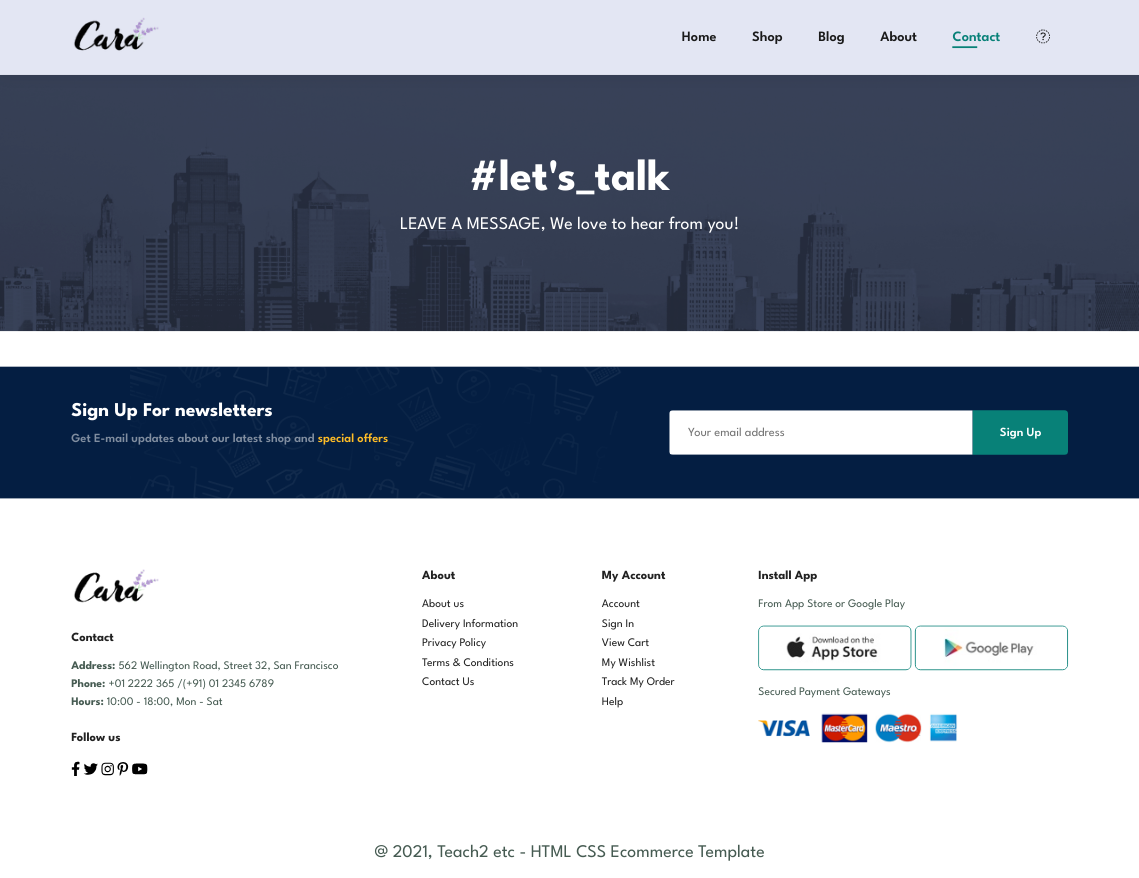
Repository: quy261001/cara
Page: contact.html
These files come from the project's save history. The page is drawn as it stood at one moment and after the next save; the edit follows.
The browser window is 1280 px wide. The pictures show the whole page, at 89% of full size.

Above is the page before, as saved 2022-05-04 16:50:37.

### contact.html
<!DOCTYPE html>
<html lang="en">
<head>
  <meta charset="UTF-8">
  <meta http-equiv="X-UA-Compatible" content="IE=edge">
  <meta name="viewport" content="width=device-width, initial-scale=1.0">
  <link rel="stylesheet" href="style.css">
  <title>Cara Contact</title>
</head>
<body>
  <section class="header">
    <a href="#"><img src="img/logo.png" class="logo" alt=""></a>

    <div>
      <ul class="navbar">
        <li><a href="index.html">Home</a></li>
        <li><a href="shop.html">Shop</a></li>
        <li><a href="blog.html">Blog</a></li>
        <li><a href="about.html">About</a></li>
        <li><a class="active" href="contact.html">Contact</a></li>
        <li class="lg-bag"><a href="cart.html"><i class="far fa-shopping-bag"></i></a></li>
        <a href="#" class="close"><i class="far fa-times"></i></a>
      </ul>
    </div>
    <div class="mobile">
      <a href="cart.html"><i class="menu far fa-shopping-bag"></i></a>
      <div class="bar">
        <i class=" fas fa-outdent"></i>
      </div>
    </div>
  </section>

  <section class="page-header about-header">
    <h2>#let's_talk</h2>
    <p>LEAVE A MESSAGE, We love to hear from you!</p>
  </section>

  <section class="contact-details"></section>

  <section class="newsletter section-p1 section-m1">
    <div class="newstext">
        <h4>Sign Up For newsletters</h4>
        <p>Get E-mail updates about our latest shop and <span>special offers</span></p>
    </div>
    <div class="form">
      <input type="text" placeholder="Your email address">
      <button class="normal">Sign Up </button>
    </div>
</section>

  <footer class="section-p1">
    <div class="col">
      <img class="logo" src="img/logo.png" alt="">
      <h4>Contact</h4>
      <p><strong>Address: </strong>562 Wellington Road, Street 32, San Francisco</p>
      <p><strong>Phone: </strong>+01 2222 365 /(+91) 01 2345 6789</p>
      <p><strong>Hours: </strong>10:00 - 18:00, Mon - Sat</p>
      <div class="follow">
        <h4>Follow us</h4>
        <div class="icon">
          <i class="fab fa-facebook-f"></i>
          <i class="fab fa-twitter"></i>
          <i class="fab fa-instagram"></i>
          <i class="fab fa-pinterest-p"></i>
          <i class="fab fa-youtube"></i>
        </div>
      </div>
    </div>

    <div class="col">
      <h4>About</h4>
      <a href="#">About us</a>
      <a href="#">Delivery Information</a>
      <a href="#">Privacy Policy</a>
      <a href="#">Terms & Conditions</a>
      <a href="#">Contact Us</a>
    </div>

    <div class="col">
      <h4>My Account</h4>
      <a href="#">Account</a>
      <a href="#">Sign In</a>
      <a href="#">View Cart</a>
      <a href="#">My Wishlist</a>
      <a href="#">Track My Order</a>
      <a href="#">Help</a>
    </div>

    <div class="col install">
      <h4>Install App</h4>
      <p>From App Store or Google Play</p>
      <div class="row">
        <img src="img/pay/app.jpg" alt="">
        <img src="img/pay/play.jpg" alt="">
      </div>
      <p>Secured Payment Gateways</p>
      <img src="img/pay/pay.png" alt="">
    </div>
  </footer>
  <section>
    <div class="copyright">
      <p>@ 2021, Teach2 etc - HTML CSS Ecommerce Template</p>
    </div>
  </section>
  <script src="script.js"></script>
  <script defer src="https://pro.fontawesome.com/releases/v5.15.4/js/all.js"></script>
</body>
</html>

### style.css
@import url('https://fonts.googleapis.com/css2?family=League+Spartan:wght@100;200;300;400;500;600;700;800;900&display=swap');
* {
  margin: 0;
  padding: 0;
  box-sizing: border-box;
  font-family: 'League Spartan', sans-serif;
}
h1 {
  font-size: 54px;
  line-height: 64px;
  color: #222;
}
h2 {
  font-size: 50px;
  line-height: 53px;
  color: #222;
}
h4 {
  font-size: 24px;
  color: #222;
}
h6 {
  font-weight: 700;
  font-size: 16px;
}
p {
  font-size: 20px;
  color: #465b52;
  margin: 15px 0 20px 0;
}
.section-p1 {
  padding: 40px 80px;
}
.section-m1 {
  margin: 40px 0;
}
button.normal {
  font-size: 14px;
  font-weight: 600;
  padding: 15px 30px;
  color: #000;
  background-color: #fff;
  border-radius: 4px;
  cursor: pointer;
  border: none;
  outline: none;
  transition: 0.2s;
}
button.while {
  font-size: 13px;
  font-weight: 600;
  padding: 11px 22px;
  color: #000;
  background-color: transparent;
  cursor: pointer;
  border: 1px solid #fff;
  outline: none;
  transition: 0.2s;
}
body {
  width: 100%;
}

/* Header-start */
.header {
  display: flex;
  justify-content: space-between;
  align-items: center;
  padding: 20px 80px;
  background-color: #E3E6F3;
  box-shadow: 0 5px 15px rgba(0, 0, 0, 0.06);
  z-index: 999;
  position: sticky;
  top: 0;
  left: 0;
}

.navbar {
  display: flex;
  align-items: center;
  justify-content: center;
}

.navbar li {
  list-style: none;
  padding: 0 20px;
  position: relative;
}

.navbar li a {
  text-decoration: none;
  font-size:16px;
  font-weight: 600;
  color: #1a1a1a;
  transition: 0.3s ease;
}

.navbar li a:hover,
.navbar li a.active {
  color: #088178;
}

.navbar li a.active::after,
.navbar li a:hover::after {
  content: "";
  width: 30%;
  height: 2px;
  background-color: #088178;
  position: absolute;
  bottom: -4px;
  left: 20px;
}
.mobile {
  display: none;
  align-items: center;
}
.close {
  display: none;
}
/* Home page */
.hero {
  background-image: url("img/hero4.png");
  height: 90vh;
  width: 100%;
  background-position: top 25% right 0;
  background-size: cover;
  display: flex;
  justify-content: center;
  align-items: flex-start;
  flex-direction: column;
  padding: 0 80px;
}

.hero h4 {
  padding-bottom: 15px;
}

.hero h1 {
  color: #088178;
}

.hero button {
  background-image: url("img/button.png");
  background-color: transparent;
  color: #088178;
  border: 0;
  padding: 14px 80px 14px 80px;
  background-repeat: no-repeat;
  cursor: pointer;
  font-weight: 700;
}

.feature {
  display: flex;
  align-items: center;
  justify-content: space-between;
  flex-wrap: wrap;
}

.feature .fe-box {
   width: 180px;
   text-align: center;
   padding: 25px 15px;
   box-shadow: 20px 20px 34px rgba(0, 0, 0, 0.03);
   border: 1px solid #cce7d0;
   border-radius: 4px;
   margin: 15px 0;
}

.feature .fe-box:hover {
  box-shadow: 10px 10px 54px rgba(70, 62, 221, 0.1);
}
.feature .fe-box img {
  width: 100%;
  margin-bottom: 10px;
}
.feature .fe-box h6 {
  display: inline-block;
  padding: 9px 8px 6px 8px;
  line-height: 1;
  border-radius: 4px;
  color: #088178;
  background-color: #fddde4;
}
.feature .fe-box:nth-child(2) h6 {
  background-color: #cdebbc;
}
.feature .fe-box:nth-child(3) h6 {
  background-color: #d1e8f2;
}
.feature .fe-box:nth-child(4) h6 {
  background-color: #cdd4f8;
}
.feature .fe-box:nth-child(5) h6 {
  background-color: #f6dbf6;
}
.feature .fe-box:nth-child(6) h6 {
  background-color: #fff2e5;
}

.product1 {
  text-align: center;
}
.product1 .pro-container {
  display: flex;
  justify-content: space-between;
  flex-wrap: wrap;
  padding-top: 20px;
}
.product1 .pro {
  position: relative;
  width: 23%;
  min-width: 250px;
  padding: 10px 12px;
  border: 1px solid #cce70d;
  border-radius: 25px;
  cursor: pointer;
  box-shadow: 20px 20px 30px rgba(0, 0, 0, 0.02);
  margin: 15px 0;
  transition: 0.2s ease;
}
.product1 .pro:hover {
  box-shadow: 20px 20px 30px rgba(0, 0, 0, 0.06);
}
.product1 .pro img {
  width: 100%;
  border-radius: 20px;
}
.product1 .pro .des {
  text-align: start;
  padding: 10px 0;
}
.product1 .pro .des span {
  color: #606063;
  font-size: 12px;
}
.product1 .pro .des h5 {
  padding-top: 7px;
  color: #1a1a1a;
  font-size: 14px;
}
.star {
  font-size: 12px;
  color: rgb(243, 181, 25);
}
.product1 .pro .des h4 {
  padding-top: 7px;
  font-size: 15px;
  font-weight: 700;
  color: #088178;
}
.product1 .pro .cart {
  width: 40px;
  height: 40px;
  line-height: 40px;
  border-radius: 50px;
  background-color: #e8f6ea;
  font-weight: 500;
  color: #088178;
  border: 1px solid #cce7d0;
  padding: 10px;
  position: absolute;
  bottom: 20px;
  right: 10px;
}

.banner {
  display: flex;
  flex-direction: column;
  justify-content: center;
  align-items: center;
  background-image: url("img/banner/b2.jpg");
  width: 100%;
  height: 40vh;
  background-size: cover;
  background-position: center;
}
.banner h4 {
  color: #fff;
  font-size: 16px;
}
.banner h2 {
  color: #fff;
  font-size: 30px;
  padding: 10px 0;
}
.banner h2 span {
  color: #ef3636;
}
.banner button:hover {
  background: #088178;
  color: #fff;
}

.sm-banner {
  display: flex;
  justify-content: space-between;
  flex-wrap: wrap;
}

.sm-banner .banner-box {
  display: flex;
  flex-direction: column;
  justify-content: center;
  align-items: flex-start;
  text-align: center;
  background-image: url("img/banner/b17.jpg");
  min-width: 49%;
  height: 50vh;
  background-size: cover;
  background-position: center;
  padding: 30px;
}
.sm-banner .banner-box2 {
  background-image: url("img/banner/b10.jpg");
}
.sm-banner h4 {
  color: #fff;
  font-size: 30px;
  font-weight: 300;
}
.sm-banner h2 {
  color: #fff;
  font-size: 38px;
  font-weight: 800;
}
.sm-banner span {
  color: #fff;
  font-size: 24px;
  font-weight: 500;
  margin-bottom: 15px;
}
.sm-banner .banner-box:hover button {
  background-color: #088178;
  border: 1px solid #088178;
}

.banner3 {
  display: flex;
  justify-content: space-between;
  flex-wrap: wrap;
}

.banner3 .banner-box {
  display: flex;
  flex-direction: column;
  justify-content: center;
  align-items: flex-start;
  text-align: center;
  background-image: url("img/banner/b7.jpg");
  min-width: 30%;
  height: 30vh;
  background-size: cover;
  background-position: center;
  padding: 20px;
  margin-bottom: 20px;
}

.banner3 .banner-box2 {
  background-image: url("img/banner/b4.jpg");
}

.banner3 .banner-box3 {
  background-image: url("img/banner/b18.jpg");
}

.banner3 h2 {
  color: #fff;
  font-weight: 900;
  font-size: 22px;
}

.banner3 h3 {
  color: #ec544e;
  font-weight: 800;
  font-size: 15px;
}

.newsletter {
  display: flex;
  justify-content: space-between;
  flex-wrap: wrap;
  align-items: center;
  background-image: url("img/banner/b14.png");
  background-repeat: no-repeat;
  background-position: 20% 30%;
  background-color: #041e42;
}
.newsletter h4 {
  font-size: 22px;
  font-weight: 700;
  color: #fff;
}
.newsletter p {
  font-size: 14px;
  font-weight: 600;
  color: #818ea0;
}
.newsletter p span {
  color: #ffbd27;
}

.newsletter .form {
  display: flex;
  width: 40%;
}

.newsletter input {
  height: 3.125rem;
  width: 24.125rem;
  padding: 0 1.25rem;
  font-size: 14px;
  border: 1px solid transparent;
  border-radius: 4px;
  outline: none;
  border-top-right-radius: 0;
  border-bottom-right-radius: 0;
}
.newsletter button {
  background-color: #088178;
  color: #fff;
  white-space: nowrap;
  padding:18px 30px;
  border-top-left-radius: 0;
  border-bottom-left-radius: 0;
}

footer {
  display: flex;
  flex-wrap: wrap;
  justify-content: space-between;
}
footer .col {
  display: flex;
  flex-direction: column;
  align-items: flex-start;
  margin-bottom: 20px;
}
footer .logo {
    margin-bottom: 30px;
}
footer h4 {
  font-size: 14px;
  margin-bottom: 20px;
}
footer p {
  font-size: 13px;
  margin: 0 0 8px 0;
}
footer a  {
  font-size: 13px;
  text-decoration: none;
  color: #222;
  margin-bottom: 10px;
}
footer .follow {
  margin-top: 20px;
}
footer .follow i {
  color: #456b52;
  padding-right: 4px;
  cursor: pointer;
}
footer .install .row img {
  border: 1px solid #088178;
  border-radius: 6px;
}
footer .install img {
  margin: 10px 0 15px 0;
}
footer .folow i:hover,
footer a:hover {
  color: #088178;
}
.copyright {
  width: 100%;
  text-align: center;
}

/* Shop page */
.page-header {
  background-image: url("img/banner/b1.jpg");
  height: 100%;
  height: 40vh;
  background-size: cover;
  display: flex;
  justify-content: center;
  align-items: center;
  flex-direction: column;
  padding: 14px;
}
.page-header h2,
.page-header p {
  color: #fff;

}
.pagination {
  text-align: center;
}
.pagination a {
  text-decoration: none;
  background-color: #088178;
  padding: 15px 20px;
  border-radius: 4px;
  color: #fff;
  font-weight: 600;
}
.pagination .next {
  font-size: 16px;
}

/* Single Product  */
.prodetails {
  display: flex;
  margin-top: 20px;
}
.prodetails .single-pro-image {
  width: 40%;
  margin-right: 50px;
}

.small-img-group {
  display: flex;
  justify-content: space-between;

}
.small-img-col {
  flex-basis: 24%;
  cursor: pointer;
}
.prodetails .single-pro-details {
  width: 50%;
  padding-top: 30px;
}
.prodetails .single-pro-details h4 {
  padding: 40px 0 20px 0;
}
.prodetails .single-pro-details h2 {
  font-size: 26px;
}
.prodetails .single-pro-details select {
  display: block;
  padding: 5px 10px;
  margin-bottom: 10px;
}
.prodetails .single-pro-details input {
  width: 50px;
  height: 47px;
  padding-left: 10px;
  font-size: 16px;
  margin-right: 10px;
}
.prodetails .single-pro-details input:focus {
  outline: none;
}
.prodetails .single-pro-details button {
  background-color: #088178;
  color: #fff;
}
.prodetails .single-pro-details span {
  line-height: 25px;
}

/* Blog page */
.blog-header {
  background-image: url("img/banner/b19.jpg");
}
.blog {
  padding: 150px 150px 0 150px;
}
.blog .blog-box {
  position: relative;
  display: flex;
  align-items: center;
  width: 100%;
  padding-bottom: 90px;
}
.blog .blog-img {
  width: 50%;
  margin-right: 40px;
}
.blog img {
  width: 100%;
  height: 350px;
  object-fit: cover;
}
.blog .blog-details {
  width: 50%;
}
.blog .blog-details a{
  text-decoration: none;
  font-size: 14px;
  color: #000;
  position: relative;
  transition: 0.3s;
}
.blog .blog-details a::after {
  content: "";
  width: 50px;
  height: 1px;
  background-color: #000;
  position: absolute;
  top: 4px;
  right: -60px;
}
.blog .blog-details a:hover {
  color: #088178;
}

.blog .blog-details a:hover::after {
  background-color: #088178;
}
.blog .blog-box h1 {
  position: absolute;
  top: -40px;
  left: 0;
  font-size: 70px;
  font-weight: 700;
  color: #c9cbce;
  z-index: -9;
}

/* About Page */
.about-header {
  background-image: url("img/about/banner.png");
}
.about-head {
  display: flex;
  align-items: center;
}
.about-head img {
  width: 50%;
  align-items: center;
}
.about-head div {
  padding-left: 40px;
}

.about-app {
  text-align: center;
}
.about-app .video {
  width: 70%;
  height: 100%;
  margin: 30px auto 0 auto;
}
.about-app .video video {
  width: 100%;
  height: 100%;
  border-radius: 20px;
}

/* Start Media Query */

@media (max-width: 799px) {
  /* .section-p1 {
    padding: 40px 40px;
  } */
  .navbar {
    display: flex;
    flex-direction: column;
    align-items: flex-start;
    justify-content: flex-start;
    position: fixed;
    top: 0;
    right: -300px;
    height: 100vh;
    width: 300px;
    background-color: #E3E6F3;
    box-shadow: 0 40px 60px rgba(0, 0, 0, 0.1);
    padding: 80px 0 0 10px;
    transition: 0.3s;
  }
    .active {
    right: 0px;
  }
  .navbar li {
    margin-bottom: 25px;
  }
  .mobile {
    display: flex;
    align-items: center;
  }
  .mobile .menu {
    /* display: none; */
    color: #1a1a1a;
    font-size: 20px;
    margin-right: 20px;
  }
  .mobile .bar {
    color: #1a1a1a;
    font-size: 20px;
    padding-left: 10px;
  }
  .close {
    display: block;
    position: absolute;
    top: 30px;
    left: 30px;
    color: #222;
    font-size: 24px;
  }
  .lg-bag {
    display: none;
  }
  .hero {
    height: 70vh;
    padding: 0 80px;
    background-position: top 30% right 30%;
  }
  /* .feature {
    justify-content: center;
  }
  .feature .fe-box {
    margin: 15px 15px;
  } */
  .banner {
    height: 20vh;
  }
  .sm-banner .banner-box {
    min-width: 100%;
    height: 30vh;

  }
  .banner3 {
    padding: 0 40px;
  }
  .banner3 .banner-box {
    width: 28%;
  }
  .newsletter .form{
    width: 70%;
  }
}

@media (max-width: 477px) {
  .bar svg {
    pointer-events: none;
  }
  .section-p1 {
    padding: 20px;
  }
  .header {
    padding: 10px 30px;
  }
  h1 {
    font-size: 38px;
  }
  h2 {
    font-size: 32px;
  }
  .hero {
    padding: 0 20px;
    background-position: 55%;
  }
  .feature .fe-box {
    width: 155px;
    margin: 0 0 15px 0;
  }
  .product1 .pro {
    width: 100%;
  }
  .banner {
    height: 40vh;
  }
  .banner h2 {
    text-align: center;
  }
  .sm-banner .banner-box {
    height: 40vh;
  }
  .sm-banner .banner-box2 {
    margin-top: 20px;
  }
  .banner3 {
    padding: 0 20px;
  }
  .banner3 .banner-box {
    width: 100%;
  }
  .newsletter {
    padding: 40px 20px;
  }
  .newsletter .form {
    width: 100%;
  }
  .navbar {
    width: 240px;
  }

  /* Single Product */
  .page-header {
    background-position: top 0 right 50%;
  }
  .prodetails {
    display: flex;
    flex-direction: column;
  }
  .prodetails .single-pro-image {
    width: 100%;
    margin-right: 0px;
  }
  .prodetails .single-pro-details {
    width: 100%;
  }
  /* Blog page */
  .blog {
    padding: 100px 20px 0 20px;
  }
  .blog .blog-box {
    display: flex;
    flex-direction: column;
    align-items: flex-start;
  }
  .blog .blog-img {
    width: 100%;
    margin-right: 0;
    margin-bottom: 30px;
  }
  .blog .blog-details {
    width: 100%;
  }
  /* About Page  */
  .about-head {
    flex-direction: column;
  }
  .about-head img {
    margin-bottom: 20px;
    width: 100%;
  }
  .about-head div {
    padding-left: 0;
  }
  .about-app .video {
    width: 100%;
  }
}

### script.js
const bar = document.querySelector(".bar");
const nav = document.querySelector(".navbar");
const close = document.querySelector(".close");
console.log(bar)
console.log(nav)
if(bar) {
  bar.addEventListener("click", () => {
    nav.classList.add("active");
  })
}
if(close) {
  close.addEventListener("click", () => {
    nav.classList.remove("active");
  })
}

document.addEventListener("click", function(e) {
  if (!nav.contains(e.target) && !e.target.matches(".bar")) {
    nav.classList.remove("active")
  }
})

After the next save:
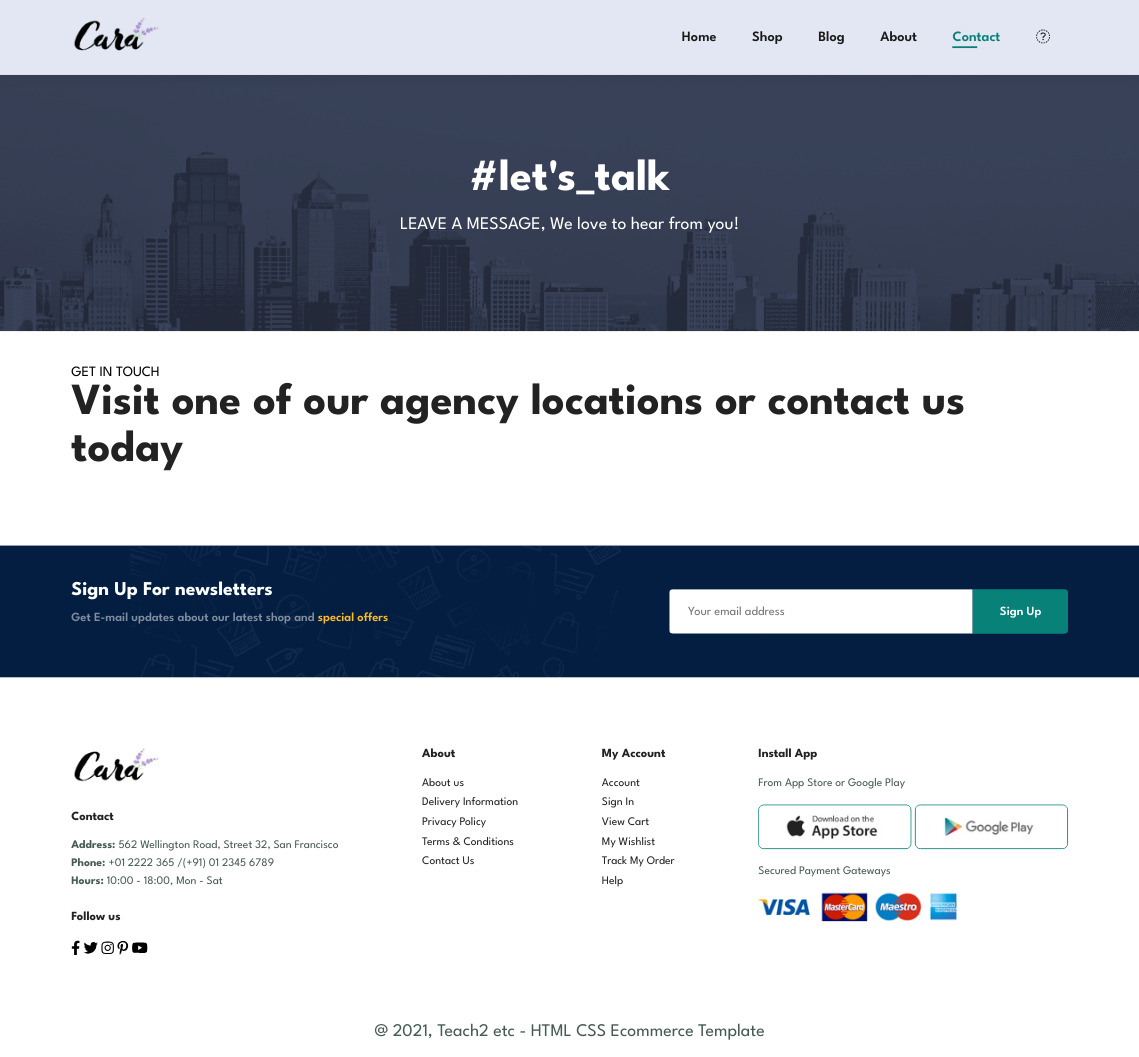
Saved 2 min 28 s later.
--- a/contact.html
+++ b/contact.html
@@ -35,7 +35,12 @@
     <p>LEAVE A MESSAGE, We love to hear from you!</p>
   </section>
 
-  <section class="contact-details"></section>
+  <section class="contact-details section-p1">
+    <div class="details">
+        <span>GET IN TOUCH</span>
+        <h2>Visit one of our agency locations or contact us today</h2>
+    </div>
+  </section>
 
   <section class="newsletter section-p1 section-m1">
     <div class="newstext">
